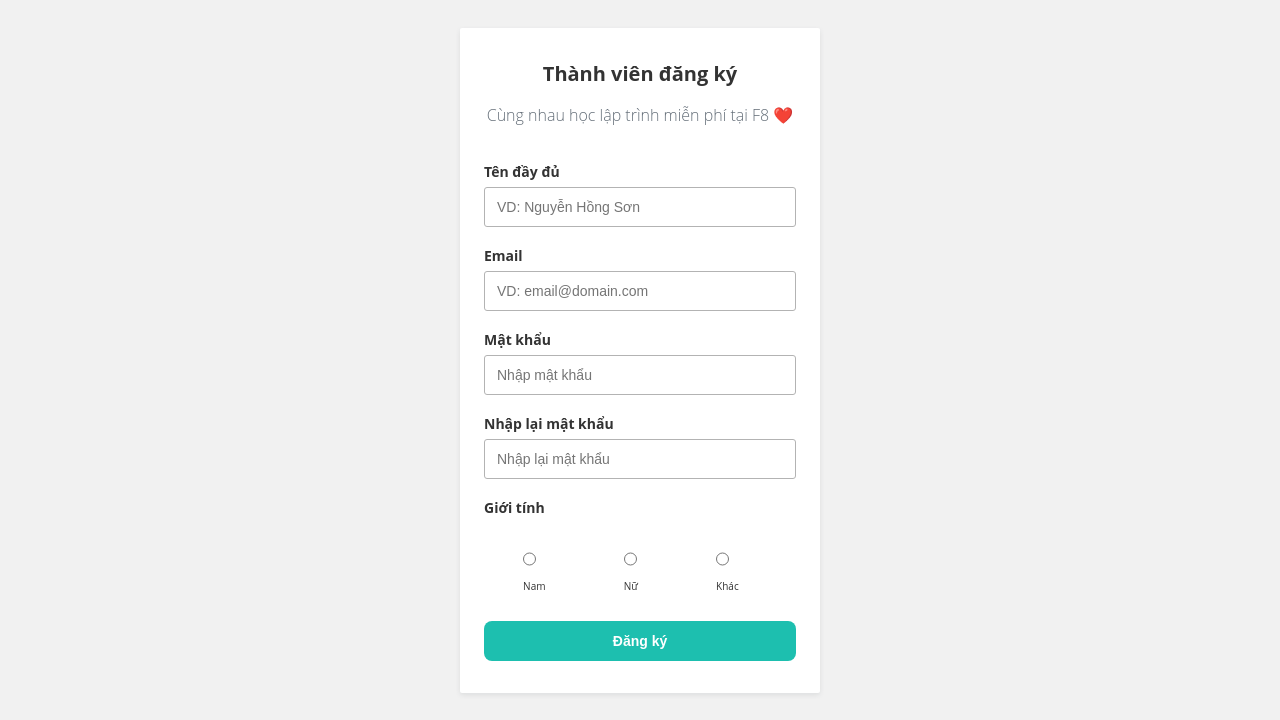
Repository: ahihison/Validation
Page: index.html
These files come from the project's save history. The page is drawn as it stood at one moment and after a run of saves; the edit follows.
The browser window is 1280 px wide. The pictures show the whole page.

Above is the page before, as saved 2022-08-31 09:42:42.

### index.html
<!DOCTYPE html>
<html lang="en">
<head>
    <meta charset="UTF-8">
    <meta http-equiv="X-UA-Compatible" content="IE=edge">
    <meta name="viewport" content="width=device-width, initial-scale=1.0">
    <link rel="stylesheet" href="./style.css">
    <title>Document</title>
</head>
<body>
    <div class="container">
        <form action="" method="POST" class="form" id="form-1" >
            <h3 class="heading">Thành viên đăng ký</h3>
            <p class="desc">Cùng nhau học lập trình miễn phí tại F8 ❤️</p>
            <div class="spacer"></div>

            <div class="form-group">
                <label for="fullname" class="form-label" >Tên đầy đủ</label>
                <input type="text" name="fullname" id="fullname" placeholder="VD: Nguyễn Hồng Sơn" class="form-control">
                <span class="form-message"></span>
            </div>
            <div class="form-group">
                <label for="email" class="form-label" >Email</label>
                <input type="text" name="email" id="email" placeholder="VD: email@domain.com" class="form-control">
                <span class="form-message"></span>
            </div>
            <div class="form-group">
                <label for="password" class="form-label" >Mật khẩu</label>
                <input type="password" name="password" id="password" placeholder="Nhập mật khẩu" class="form-control">
                <span class="form-message"></span>
            </div>
            <div class="form-group">
                <label for="password_confirmation" class="form-label" >Nhập lại mật khẩu</label>
                <input type="password" name="password_confirmation" id="password_confirmation" placeholder="Nhập lại mật khẩu" class="form-control">
                <span class="form-message"></span>
            </div>
            <div class="form-group">
                <label for="password_confirmation" class="form-label" >Giới tính</label>

            </div>

            <div class="form-group genderformat">

                <div>
                    <input type="radio" name="gender" value="male" id="gender" class="form-control">
                    <span id="gender">Nam</span>
                </div>
                <div>
                    <input type="radio" name="gender" value="female" id="gender" class="form-control">
                    <span id="gender">Nữ</span>
                </div>
                <div>
                    <input type="radio" name="gender" value="orther" class="form-control" id="gender">
                    <span id="gender">Khác</span>

                </div>
                <span class="form-message"></span>
            </div>


            <button class="form-submit">Đăng ký</button>
        </form>

    </div>
    <script src="./validation.js"> </script>
    <script>
        Validator({
            form:'#form-1',
            formGroupSelector:'.form-group',
            errorSelector: '.form-message',
            rules: [
            Validator.isRequired('#fullname','Vui lòng nhập họ và tên đầy đủ của bạn'),
            Validator.isEmail('#email'),
            Validator.minLength('#password',6),
            Validator.isRequired('#password_confirmation'),
            Validator.isConfirmed('#password_confirmation',function() { return document.querySelector('#form-1 #password').value;

            },'Mật khẩu nhập lại không chính xác'),
            ],
            onSubmit: function(data){
                //Call API
                console.log(data);
            }
        });
    </script>




</body>
</html>

### style.css
*{
    margin: 0;
    padding: 0;
    box-sizing: border-box;

}
html{
    color: #333;
    font-size: 62.5%;
    font-family: "Open Sans", sans-serif;
}

.container{
min-height: 100vh;
display: flex;
justify-content: center;
background: #f1f1f1;

}
.form{
    width: 360px;
    padding: 32px 24px;
    min-height: 100px;
    text-align: center;
    background: #fff;
    border-radius: 2px;
    margin: 24px;
    align-self: center;
    box-shadow: 0 2px 5px 0 rgba(51, 62, 73, 0.1);


}


.form .heading{
    font-size: 2rem;

}
.form .desc {
    text-align: center;
    color: #636d77;
    font-size: 1.6rem;
    line-height: 2.4rem;
    margin-top: 16px;
    font-weight: 300;
  }

.form-group{
     display: flex;
  margin-bottom: 16px;
  flex-direction: column;

}
.form-group #gender {
  display:flex;
 margin: 0 30px;

  }
  .form-group.genderformat{
    display: flex;
    flex-direction: row;
    flex-wrap: wrap;
    align-content: space-between;
    justify-content: space-around;
  }
.form-control{
    height: 40px;
    padding: 8px 12px;
    border: 1px solid #b3b3b3;
    border-radius: 3px;
    outline: none;
    font-size: 1.4rem;
}
.form-control:hover {
    border-color: #1dbfaf;
  }
.form-label,
.form-message{
    text-align: left;

}
.form-label {
    font-weight: 700;
    padding-bottom: 6px;
    line-height: 1.8rem;
    font-size: 1.4rem;
  }

  .form-group.invalid .form-control {
    border-color: #f33a58;
  }
  .form-group.invalid .form-message {
    color: #f33a58;
  }

  .form-message {
    font-size: 1.2rem;
    line-height: 1.6rem;
    padding: 4px 0 0;
  }
  .form-submit {
    outline: none;
    background-color: #1dbfaf;
    margin-top: 12px;
    padding: 12px 16px;
    font-weight: 600;
    color: #fff;
    border: none;
    width: 100%;
    font-size: 14px;
    border-radius: 8px;
    cursor: pointer;
  }
  .form-submit:hover {
    background-color: #1ac7b6;
  }
  .spacer {
    margin-top: 36px;
  }

### validation.js
function Validator(options) {

    function geParent(elements,selector){
        while(elements.parentElement){
            if(elements.parentElement.matches(selector)){
                return elements.parentElement;
            }
              elements = elements.parentElement;
        }
    }

    var selectorRule = {};
    //hàm thực hiện validate
    function validate(inputElement, rule) {

        var errorElement = geParent(inputElement,options.formGroupSelector).querySelector(options.errorSelector);
        var errorMessage;

        //lấy ra các rule của các selector
        var rules = selectorRule[rule.selector];
        //lập qua từng rules và kiểm tra
        //Nếu có lỗi thì dừng việc kiểm tra
        for (var i = 0; i < rules.length; i++) {
            errorMessage = rules[i](inputElement.value);
            if (errorMessage) break;

        }

        if (errorMessage) {
            errorElement.innerText = errorMessage;
            geParent(inputElement,options.formGroupSelector).classList.add('invalid');
        } else {
            errorElement.innerText = '';
            geParent(inputElement,options.formGroupSelector).classList.remove('invalid');
        }
        return !!errorMessage;
    }
    // lấy được form elements
    var formElement = document.querySelector(options.form);

    if (formElement) {
        //Lắng nghe sự kiện onsubmit

        formElement.onsubmit = function (e) {

            e.preventDefault();

            var isFormValid = true;

            // Lặp qua từng rules và validate
            options.rules.forEach(function (rule) {
                var inputElement = formElement.querySelector(rule.selector);
                var isInValid = validate(inputElement, rule);
                if (isInValid) {
                    isFormValid = false;
                }
            });


            if (isFormValid) {
                //Trường hợp submit với js
                if (typeof options.onSubmit === 'function') {
                    var enableInputs = formElement.querySelectorAll('[name]');
                    var formValues = Array.from(enableInputs).reduce(function (values, input) {
                        values[input.name] = input.value;
                        return values;
                    }, {});
                    options.onSubmit(formValues)
                }
                //submit với hành vi mặc định
                else{
                    formElement.submit();
                }
            }

        }





        //Lặp qua mỗi rule xử lí sự kiện (blur click....)
        options.rules.forEach(function (rule) {
            //Lưu lại các  rules cho mỗi input
            if (Array.isArray(selectorRule[rule.selector])) {
                selectorRule[rule.selector].push(rule.test);
            }
            else {
                selectorRule[rule.selector] = [rule.test];
            }


            var inputElement = formElement.querySelector(rule.selector);

            if (inputElement) {
                //Xử lí trường hợp blur ra khỏi input
                inputElement.onblur = function () {

                    validate(inputElement, rule);

                }
                // Xử lí mỗi khi người dùng nhập vào input
                inputElement.oninput = function () {
                    var errorElement = geParent(inputElement,options.formGroupSelector).querySelector(options.errorSelector);
                    errorElement.innerText = '';
                    geParent(inputElement,options.formGroupSelector).classList.remove('invalid');
                }
            }

        }

        );



    }


}

//định nghĩa rules
//Nguyên tắc rules
//1. khi có lỗi : => trả về message
//2. Khi hợp lệ: => ko trả về gì hết (undefined)
Validator.isRequired = function (selector, message) {
    return {
        selector: selector,
        test: function (value) {
            return value.trim() ? undefined : message || "Vui lòng nhập trường này"

        }
    }
}

Validator.isEmail = function (selector, message) {

    return {
        selector: selector,
        test: function (value) {
            var regex = /^[A-Z0-9._%+-]+@[A-Z0-9.-]+\.[A-Z]{2,4}$/i;

            return regex.test(value) ? undefined : message || 'Trường này phải là email'
        }
    }

}
Validator.minLength = function (selector, min, message) {

    return {
        selector: selector,
        test: function (value) {
            return value.length >= min ? undefined : message || `Vui lòng nhập tối thiếu ${min} ký tự`
        }
    }

}

Validator.isConfirmed = function (selector, getconfirmValue, message) {
    return {
        selector: selector,
        test: function (value) {
            return value === getconfirmValue() ? undefined : message || "Giá trị nhập vào không chính xác"
        }

    }

}

After the next 4 saves:
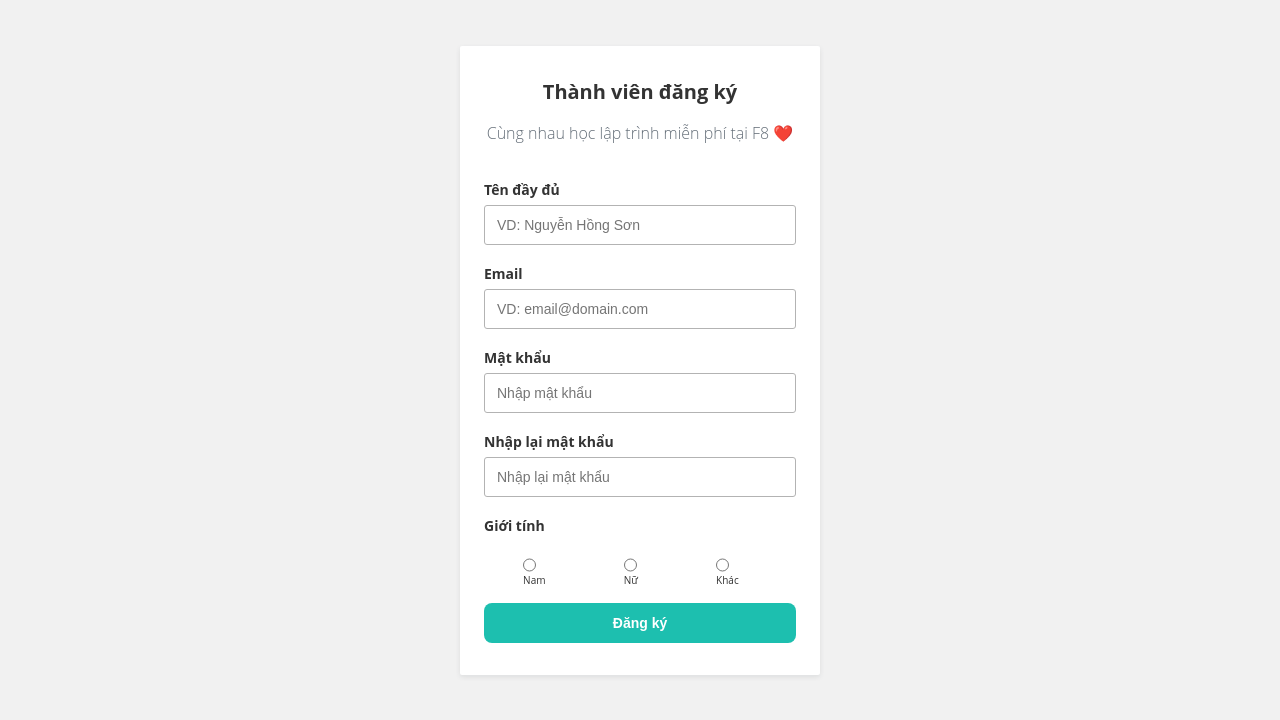
The 4 saves are shown as one change because they came seconds apart.
The last was saved 16 s later.
--- a/style.css
+++ b/style.css
@@ -53,7 +53,7 @@ background: #f1f1f1;
 }
 .form-group #gender {
   display:flex;
- margin: 0 30px;
+ margin: -12px 30px;
 
   }
   .form-group.genderformat{
